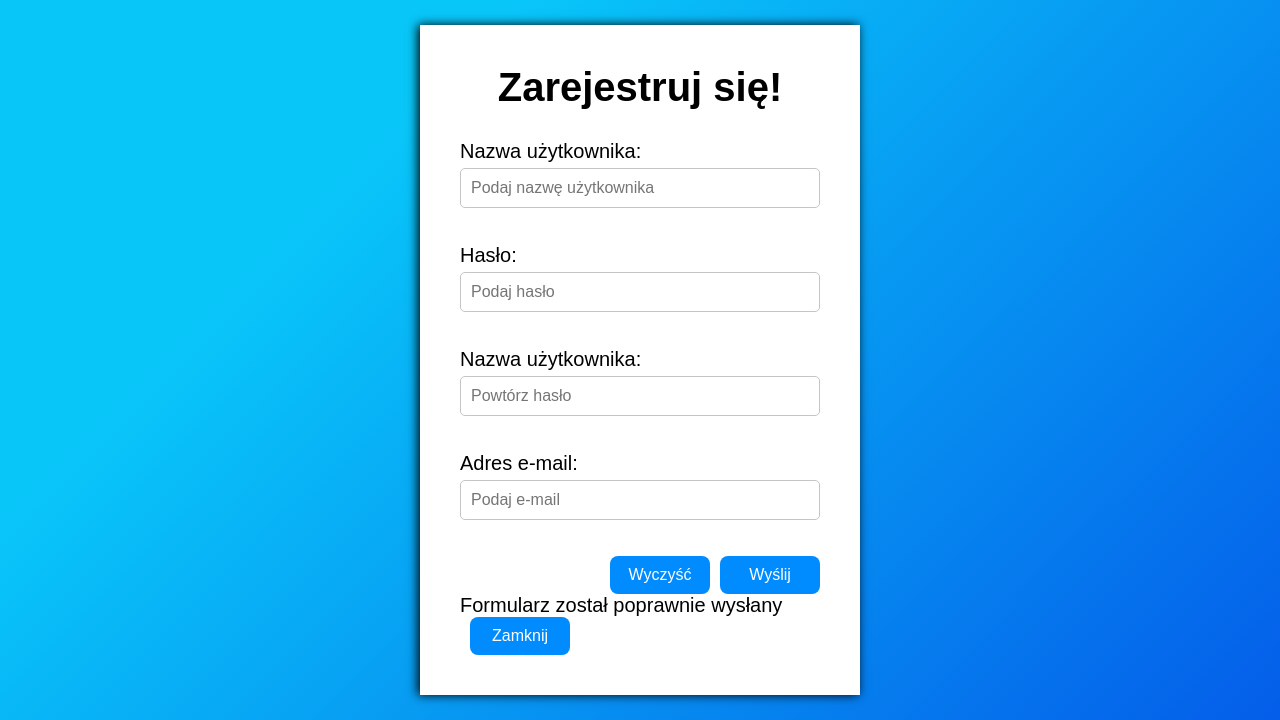
Repository: KrzysKolo/Projekt-3_Formularz-rejestracyjny
Page: index.html
These files come from the project's save history. The page is drawn as it stood at one moment and after the next save; the edit follows.
The browser window is 1280 px wide. The pictures show the whole page.
Some web fonts or font styles are not loaded; a fallback is used.

Above is the page before, as saved 2020-07-04 02:29:54.

### index.html
<!DOCTYPE html>
<html lang="en">
  <head>
    <meta charset="UTF-8" />
    <meta name="viewport" content="width=device-width, initial-scale=1.0" />
    <title>Projekt 3 - Logowanie</title>
    <link
      href="https://fonts.googleapis.com/css2?family=Aldrich&family=Overpass+Mono:wght@300&display=swap"
      rel="stylesheet"
    />
    <link rel="stylesheet" href="./css/style.css" />
  </head>
  <body>
    <main class="wrapper">
      <form class="form">
        <h1>Zarejestruj się!</h1>
        <div class="form-box">
          <label for="username">Nazwa użytkownika: </label>
          <input
            type="text"
            id="username"
            placeholder="Podaj nazwę użytkownika"
          />
          <p class="error-text">error</p>
        </div>

        <div class="form-box">
          <label for="password">Hasło: </label>
          <input type="password" id="password" placeholder="Podaj hasło" />
          <p class="error-text">error</p>
        </div>

        <div class="form-box">
          <label for="password2">Nazwa użytkownika: </label>
          <input type="password" id="password2" placeholder="Powtórz hasło" />
          <p class="error-text">error</p>
        </div>

        <div class="form-box">
          <label for="email">Adres e-mail: </label>
          <input type="email" id="email" placeholder="Podaj e-mail" />
          <p class="error-text">error</p>
        </div>

        <div class="control-button">
          <button class="clear">Wyczyść</button>
          <button class="send">Wyślij</button>
        </div>

        <div class="popup">
          <p>Formularz został poprawnie wysłany</p>
          <button class="close">Zamknij</button>
        </div>
      </form>
    </main>
  </body>
</html>

### css/style.css
* {
  box-sizing: border-box;
  margin: 0;
  padding: 0;
}
body {
  display: flex;
  justify-content: center;
  align-items: center;
  min-height: 100vh;
  font-family: "Aldrich", sans-serif;
  background-image: linear-gradient(315deg, #045de9 0%, #09c6f9 74%);
}
.wrapper {
  width: 440px;
  background-color: #fff;
  box-shadow: -2px 0 10px #000;
}
.form {
  padding: 40px;
  font-size: 20px;
}
h1 {
  margin-bottom: 30px;
  text-align: center;
}
.form-box {
  margin-bottom: 15px;
}
.form-box label {
  display: inline-block;
  margin-bottom: 5px;
}
.form-box input {
  width: 100%;
  padding: 10px;
  font-size: 16px;
  border: 1px solid rgb(197, 197, 197);
  border-radius: 5px;
}
.form-box.error input {
  border: 1px solid rgb(0, 117, 250);
  background-color: 1px solid rgba(0, 117, 250, 0.1);
}
.form-box .error-text {
  margin: 5px 0 0 10px;
  font-size: 14px;
  color: 1px solid rgb(0, 117, 250);
  font-family: "Overpass Mono", monospace;
  visibility: hidden;
}
.form-box.error .error-text {
  visibility: visible;
}
.control-button {
  display: flex;
  flex-direction: row;
  justify-content: flex-end;
}
.send,
.clear,
.close {
  display: inline-block;
  padding: 10px 0;
  margin-left: 10px;
  width: 100px;
  font-size: 16px;
  background-color: rgb(0, 140, 255);
  color: #fff;
  border: none;
  border-radius: 8px;
  cursor: pointer;
  transition: background-color 0.3s;
}
.send:hover,
.clear:hover,
.close:hover {
  background-color: rgb(0, 107, 194);
}

After the next save:
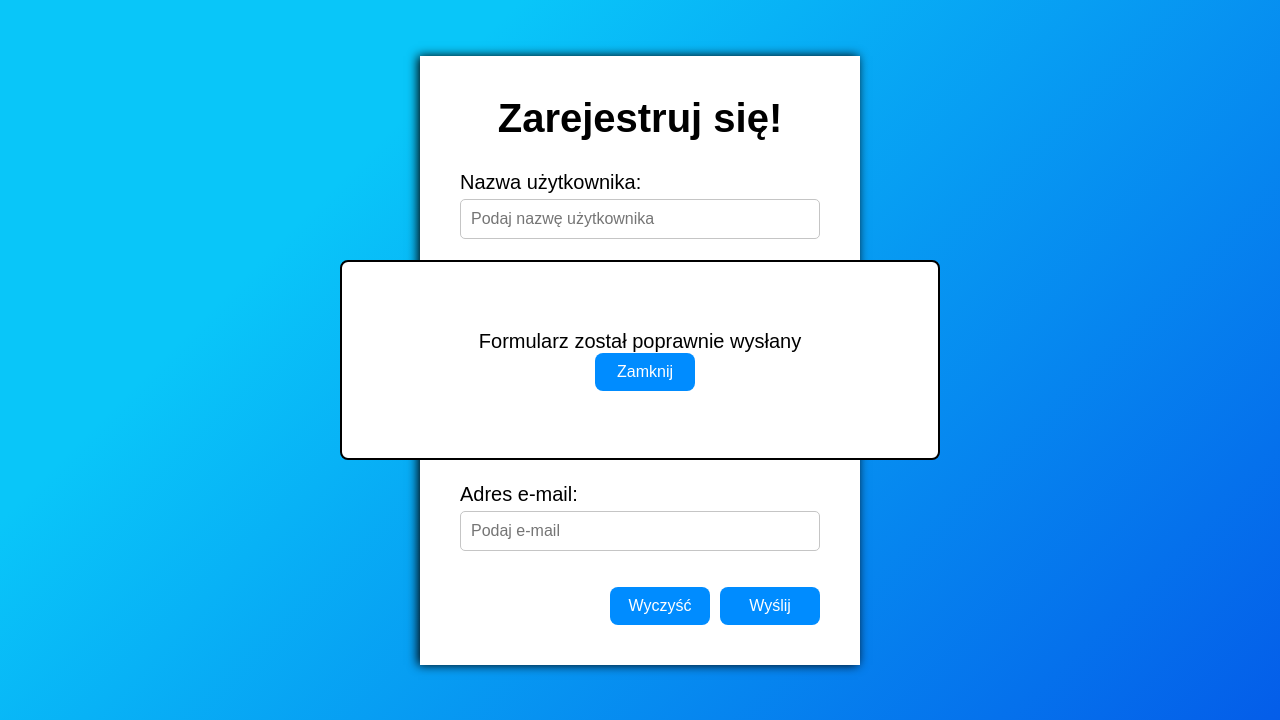
Saved 5 min 50 s later.
--- a/css/style.css
+++ b/css/style.css
@@ -77,3 +77,18 @@ h1 {
 .close:hover {
   background-color: rgb(0, 107, 194);
 }
+.popup {
+  display: flex;
+  justify-content: center;
+  align-items: center;
+  flex-direction: column;
+  position: absolute;
+  top: 50%;
+  left: 50%;
+  transform: translate(-50%, -50%);
+  width: 600px;
+  height: 200px;
+  background-color: #fff;
+  border-radius: 8px;
+  border: 2px solid black;
+}
